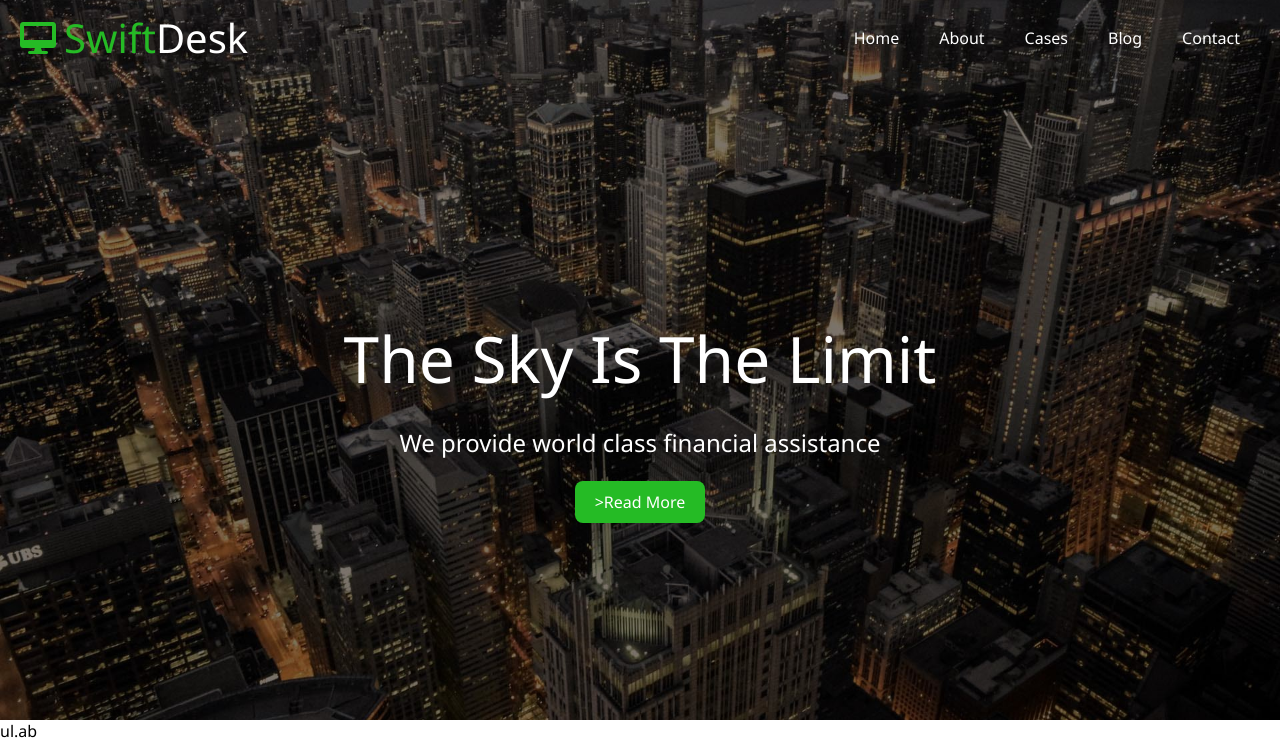
Repository: reemoon-ctrl/swiftdisk-Website-Flexbox
Page: index.html
The author's editor kept a copy of each file at every save. The page is drawn from the files as they stood at one save, then again after a run of saves.
The browser window is 1280 px wide. The pictures show the whole page.

Above is the page before, as saved 2024-07-26 15:29:59.

After the next 3 saves:
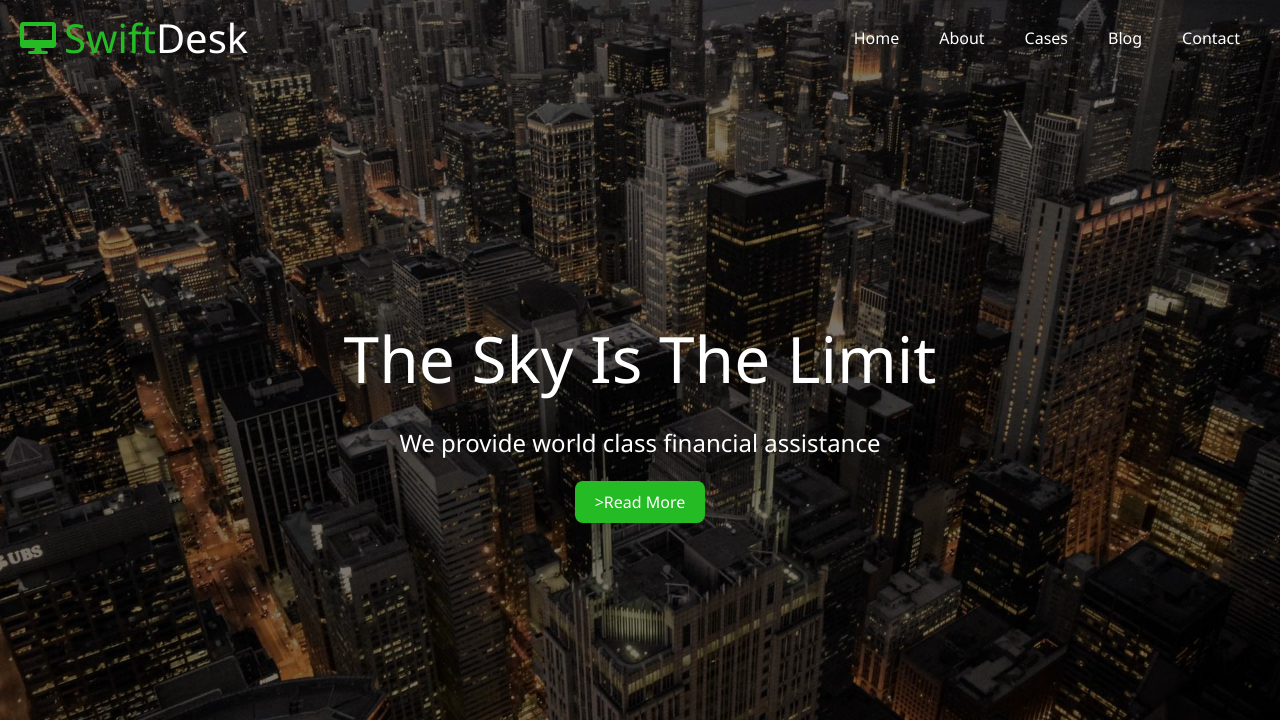
The 3 saves are shown as one change because they came seconds apart.
The last was saved 11 s later.
--- a/index.html
+++ b/index.html
@@ -110,7 +110,9 @@
     </div>
     <main>
         <div class="about-section">
-            ul.ab
+            <ul class="about-srvice">
+
+            </ul>
         </div>
 
     </main>

After the save that followed:
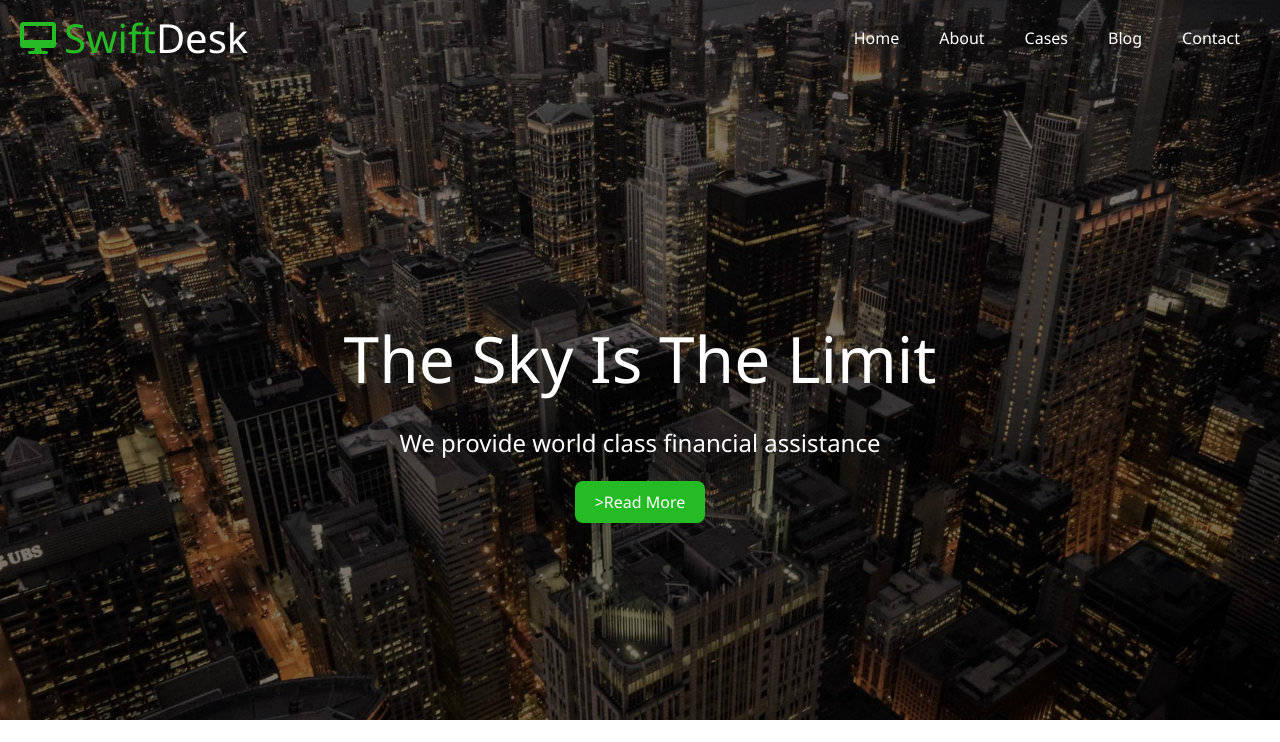
Saved 4 s later.
--- a/index.html
+++ b/index.html
@@ -111,7 +111,7 @@
     <main>
         <div class="about-section">
             <ul class="about-srvice">
-
+                <li></li>
             </ul>
         </div>
 
